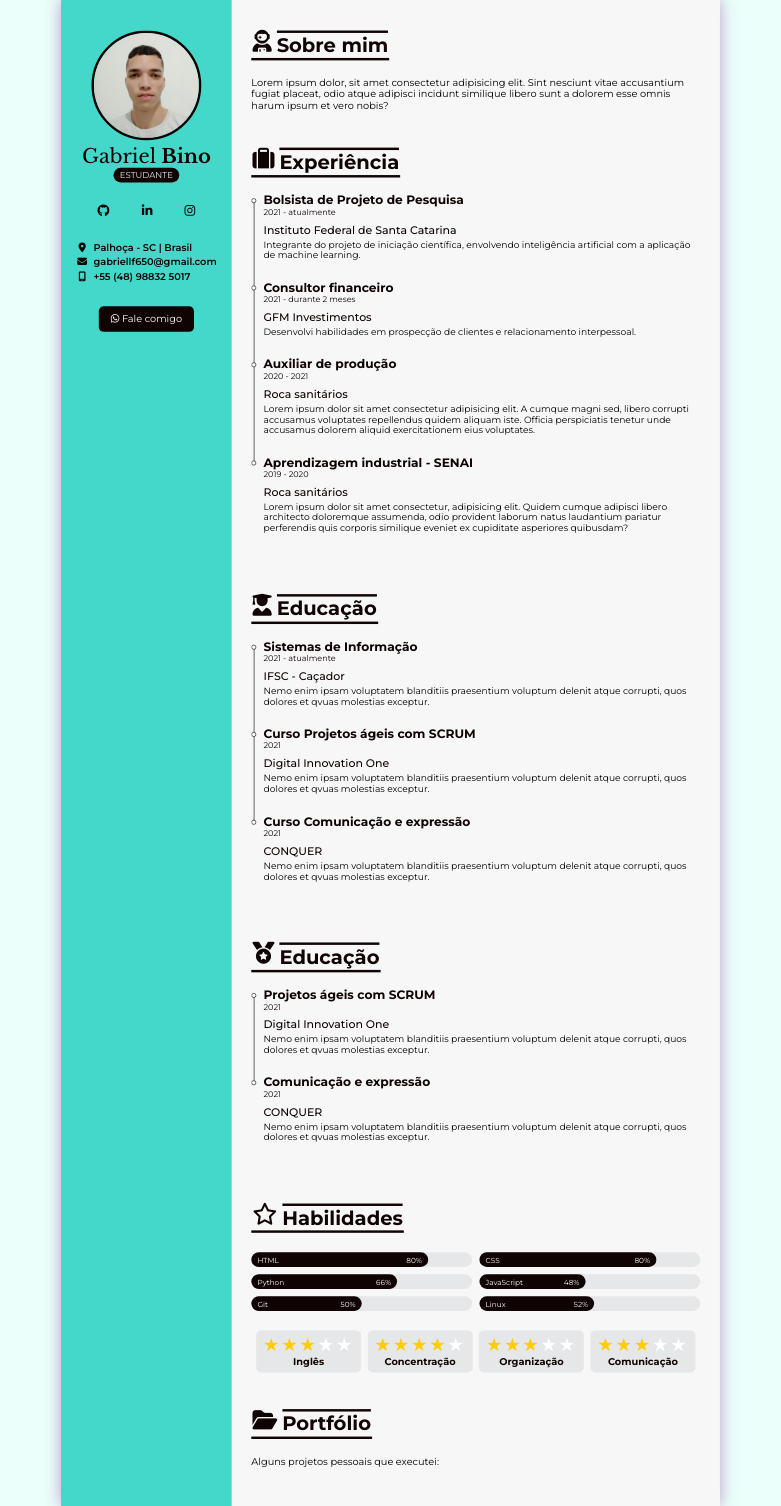
Repository: gabrielbino/curriculoResponsivo
Page: index.html
An editor plug-in stored every save of this project. The page is shown before and after the next save, followed by the edit.
The browser window is 1280 px wide. The pictures show the whole page, at 61% of full size.
Some web libraries are served in a nearby version.

Above is the page before, as saved 2021-10-19 16:01:35.

After the next save:
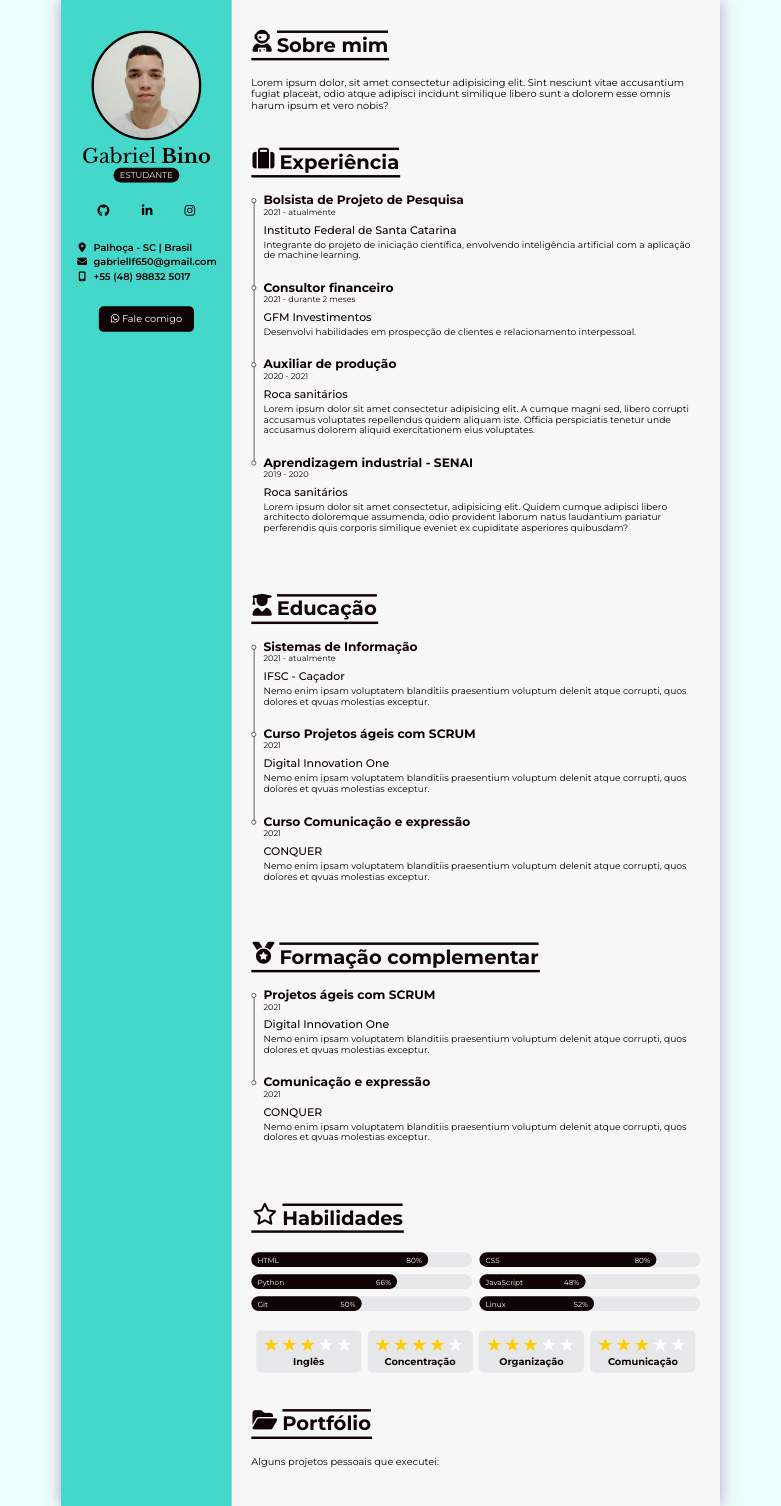
Saved 12 s later.
--- a/index.html
+++ b/index.html
@@ -182,7 +182,7 @@
         <article>
           <div class="article-title-wrapper">
             <i class="fa-solid fa-medal"></i>
-            <h2 class="article-title">Educação</h2>
+            <h2 class="article-title">Formação complementar</h2>
           </div>
           <ul class="timeline">
             <li>
